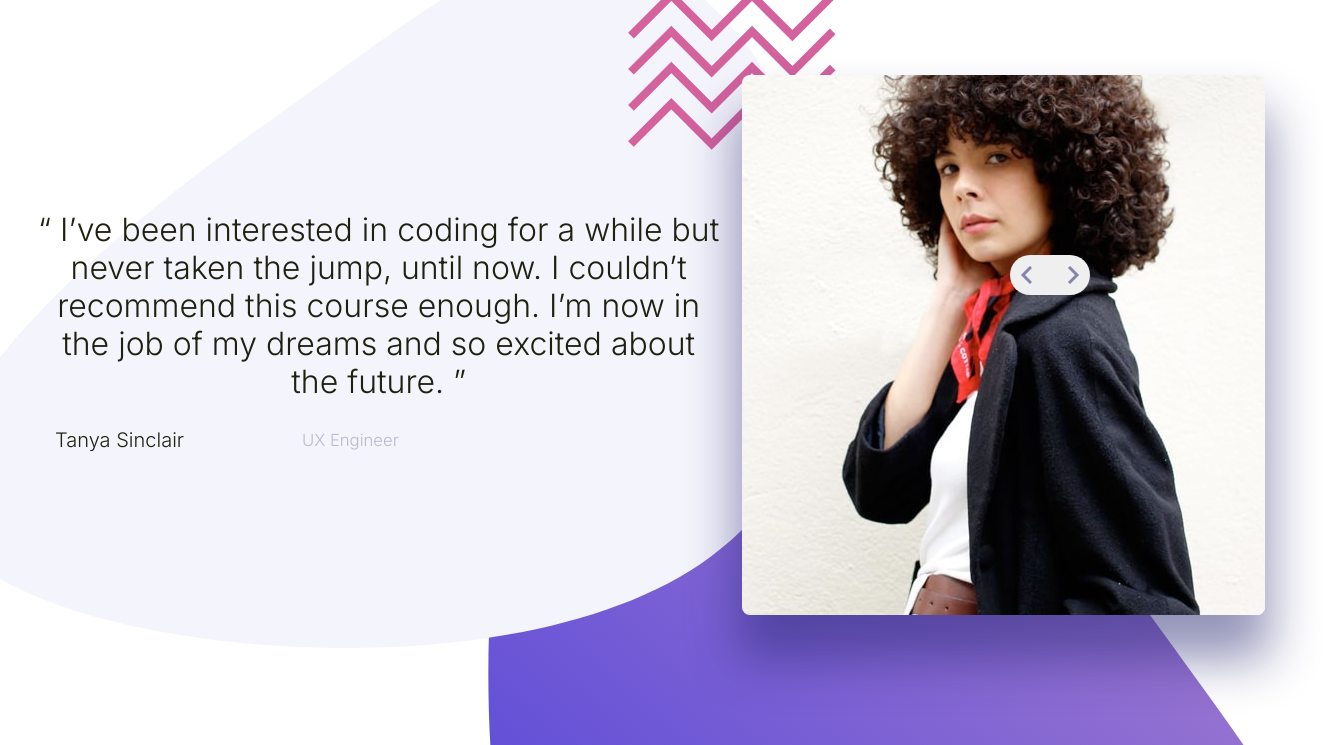
Repository: Hcmwebs/Coding-Bootcamp-Testimonials
Page: index.html
These files come from the project's save history. The page is drawn as it stood at one moment and after the next save; the edit follows.
The browser window is 1280 px wide. The page is 1340 px wide, so the pictures cover 1340 px, including what lies to the right of the window. The pictures show the whole page.
The style sheet was rebuilt from its Sass, Less or Tailwind sources for each picture, by a compiler version that may differ from the author's.

Above is the page before, as saved 2020-10-31 09:58:27.

### index.html
<!DOCTYPE html>
<html lang="en">
  <head>
    <meta charset="UTF-8" />
    <meta name="viewport" content="width=device-width, initial-scale=1.0" />
    <!-- displays site properly based on user's device -->

    <link
      rel="icon"
      type="image/png"
      sizes="32x32"
      href="./images/favicon-32x32.png"
    />
    <link rel="stylesheet" href="css/main.css" />
    <title>Frontend Mentor | Coding Bootcamp Testimonials Slider</title>

    <style></style>
  </head>
  <body>
    <div class="container">
      <div class="card" id="cardOne">
        <div class="card__header">
          <img
            src="images/image-tanya.jpg"
            alt="Profile Tanya"
            id="profileTanya"
            class="card__header--profileImg"
          />
        </div>

        <button id="btnPrimary">
          <img src="images/icon-prev.svg" alt="icon-prev" />
          <img src="images/icon-next.svg" alt="icon-next" />
        </button>

        <div class="card__body">
          <h2>
            “ I’ve been interested in coding for a while but never taken the
            jump, until now. I couldn’t recommend this course enough. I’m now in
            the job of my dreams and so excited about the future. ”
          </h2>
          <div class="card__body--captionTxt">
            <p>Tanya Sinclair</p>
            <small>UX Engineer </small>
          </div>
        </div>
      </div>

      <!-- <div class="card cardTwo" id="cardTwo">
        <div class="card__header">
          <img
            src="images/image-john.jpg"
            alt="Profile John"
            id="profileJohn"
            class="card__header--profileImg"
          />
        </div>

        <button id="btnSecondary">
          <img src="images/icon-prev.svg" alt="icon-prev" />
          <img src="images/icon-next.svg" alt="icon-next" />
        </button>

        <div class="card__body">
          <h2>
            “ If you want to lay the best foundation possible I’d recommend
            taking this course. The depth the instructors go into is incredible.
            I now feel soconfident about starting up as a professional
            developer. ”
          </h2>
          <div class="card__body--captionTxt">
            <p>John Tarkpor</p>
            <small>Junior Front-end Developer</small>
          </div>
        </div>
      </div> -->
    </div>

    <div class="attribution">
      Challenge by
      <a href="https://www.frontendmentor.io?ref=challenge" target="_blank"
        >Frontend Mentor</a
      >. Coded by
      <a href="https://github.com/Hcmwebs" target="_blank">hcmwebs</a>.
    </div>
    <script src="main.js"></script>
  </body>
</html>

### main.js
const card = document.querySelectorAll('.card');
// const cardTwo = document.getElementById('cardTwo');
const container = document.querySelector('.container')
let active = false;
const btn= document.querySelectorAll('button');


for(let i = 0; i < card.length; i++ ){
btn[i].addEventListener('click', activate);
// btnSecondary.addEventListener('click', activate);
  function activate(){

    if(!active){
      card[i].classList.add('active');
      active = true;
    }
    else{
      card[i].classList.remove('active');
      active = false;
    }
  }
}

### scss/main.scss
@import url('https://fonts.googleapis.com/css2?family=Inter:wght@300;400&display=swap');

$font-stack:'Inter',
sans-serif;
$primaryColor : rgba(32, 32, 17, 1.0);
$secondaryColor : rgba(185, 185, 206, 1.0);
$boxShadowColor:rgba(36, 36, 113, 0.49);




@mixin gridCenter{
  display: grid;
  place-items: center;
}

@mixin flexCenter {
  display: flex;
  justify-content: center;
  align-items: center;

}

@mixin flexSpaceBetween {
  @include flexCenter;
  justify-content: space-between;
}


*{
  margin: 0;
  padding: 0;
  box-sizing: border-box;

}
body{
  font-family: $font-stack;
  font-size: 10px;
  font-weight: 300;
  height: 100vh;
  width: 100%;
  line-height: 30px;
  @include flexCenter;
  flex-direction: column;
}

.container{
  width: 100%;
  max-width: 375px;
  height: 100vh;
  @include flexCenter;
  grid-template-columns: 1fr;
  background-color: #fff;
  position: relative;
}
  .card{
  width: 375px;
  height: 667px;
  padding: 30px;
  @include flexSpaceBetween;
  flex-direction: column;
  background-image: url(/images/pattern-bg.svg);
  background-position: top center;
  background-size:contain;
  background-repeat: no-repeat;
  box-shadow: 0 40px 50px 5px $boxShadowColor;
  position: absolute;
  transition: all 0.85s ease-in-out;

  &__header{
    width: 315px;
    height: 300px;


    &--profileImg{
      width: 100%;
      height: 100%;
      object-fit: cover;
      border-radius: 0.5rem;
      box-shadow: 0 40px 50px 5px $boxShadowColor;
    }

  }

  button {
    width: 80px;
    height: 40px;
    padding: 10px;
    border-radius: 28px;
    border: none;
    @include flexSpaceBetween;
    position:absolute;
    top:310px
  }



  &__body{
    width: 100%;
    margin:50px 0;
    @include flexCenter;
    flex-direction: column;



    h2{
      font-size: 18px;
      font-weight: 300;
      text-align: center;
      color:$primaryColor;
    }

    &--captionTxt{
      text-align: left;
      font-size: 15px;
      font-weight: 300;
      @include flexSpaceBetween;
      flex-direction: column;


      p{
        color: $primaryColor;

      }

      small{
        color: $secondaryColor;

      }

    }

  }
}

// .card-two{
//   transform: translateX(2000px);
// }
// .card.active .cardTwo{
//   transform: translateX(0);
// }



.attribution {
  font-size: 11px;
  text-align: center;
}

.attribution a {
  color: hsl(228, 45%, 44%);
}

@media(min-width:768px){
  .container{
    max-width: 1440px;

  }
  .card{
    width: 1400px;
    height: 800px;
    padding: 75px;
    flex-direction: row-reverse;
    background-size: cover;

    &__header{
      width: 540px;
      height: 540px;
    }

    &__body{
      width: 60%;
      line-height: 38px;
      padding: 20px;
      position: relative;
      z-index: 5;
      left: 70pxpx;



      h2{
        font-size: 32px;
      }

      &--captionTxt{
      width: 50%;
      flex-direction: row;
      font-size: 20px;
      margin: 20px;
      align-self: flex-start;



      }

    }

  }


  button{
    right:250px
  }

}

After the next save:
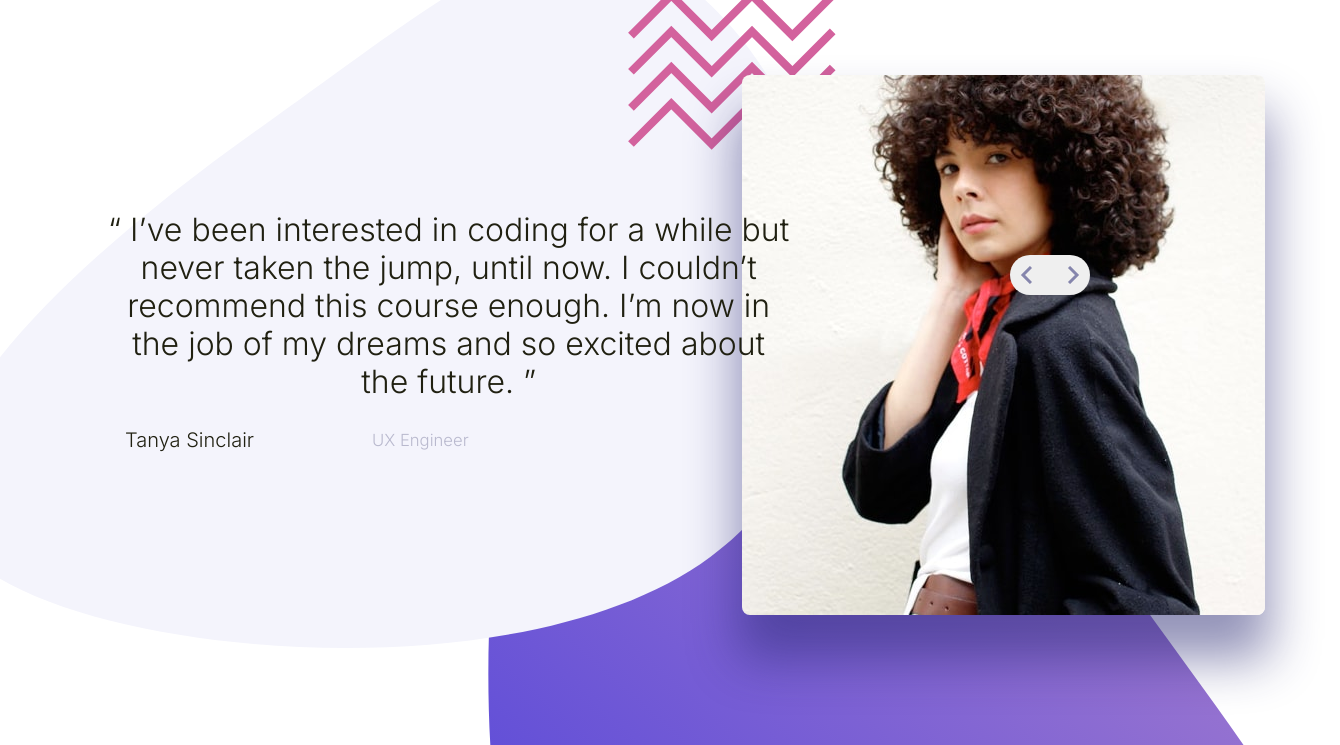
Saved 45 s later.
--- a/scss/main.scss
+++ b/scss/main.scss
@@ -174,7 +174,7 @@ body{
       padding: 20px;
       position: relative;
       z-index: 5;
-      left: 70pxpx;
+      left: 70px;
 
 
 
